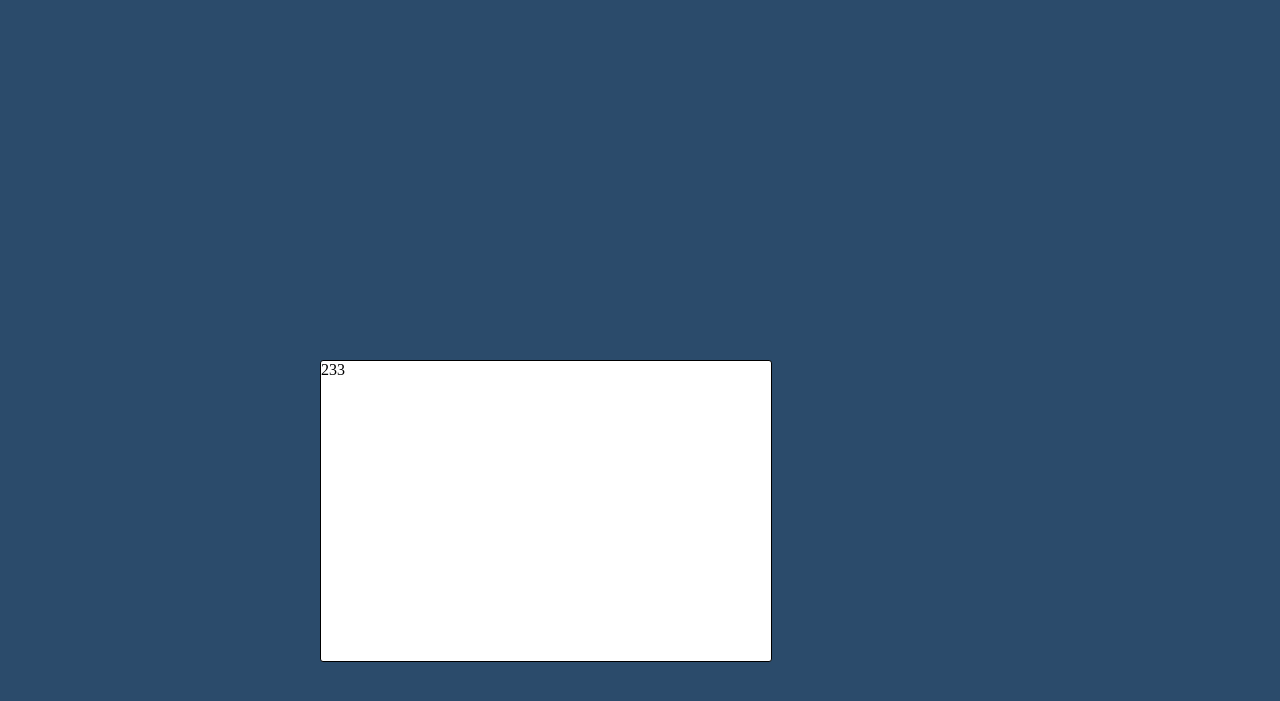
Repository: ShihaoHuang21/vue_shop
Page: /
An editor plug-in stored every save of this project. The page is shown before and after the next save, followed by the edit.
The browser window is 1280 px wide. The pictures show the whole page.
The project was rebuilt for these pictures with package versions that can differ from the ones it lists, and the page was loaded fresh each time.

Above is the page before, as saved 2020-12-01 21:55:39.

### src/main.js
import Vue from 'vue'
import App from './App.vue'
// 导入全局样式表
import './assets/css/global.css'
import './plugins/element.js'
import router from './router'
Vue.config.productionTip = false

new Vue({
  router,
  render: h => h(App)
}).$mount('#app')

### src/App.vue
<template>
  <div id="app">
    <router-view></router-view>
  </div>
</template>

<script>
export default {
  name: "app"
};
</script>

<style></style>

### src/assets/css/global.css
/* 全局样式 */
* {
  margin: 0px;
  padding: 0px;
}
html,
body,
#app {
  height: 100%;
  margin: 0px;
  padding: 0px;
}

### src/router/index.js
import Vue from 'vue'
import VueRouter from 'vue-router'
import Login from '../components/Login.vue'
Vue.use(VueRouter)

const routes = [
  {
    path: '/',
    redirect: '/login'
  },
  {
    path:'/login',
    component: Login
  }
]

const router = new VueRouter({
  routes
})

export default router

### src/components/Login.vue
<template>
  <div class="login_container">
    <div class="login_box">233</div>
  </div>
</template>

<script>
export default {
  name: "",
  components: {},
  data() {
    return {};
  }
};
</script>

<style scoped lang="less">
.login_container {
  background-color: #2b4b6b;
  // width: 100%;
  height: 100%;
}
.login_box {
  width: 450px;
  height: 300px;
  background-color: #fff;
  border: 1px #000 solid;
  border-radius: 3px;
  position: absolute;
  left: 25%;
  top: 50%;
}
</style>

Loaded but not shown: public/index.html (common file); src/plugins/element.js (common file)

After the next save:
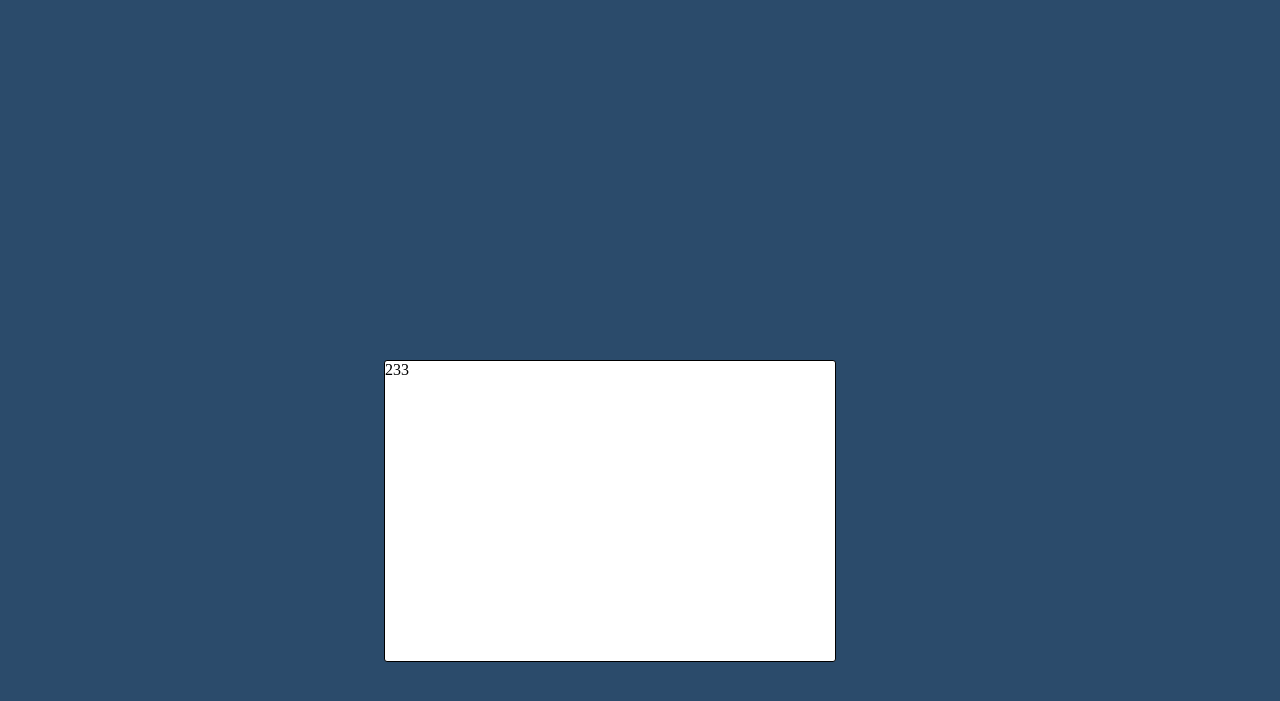
Saved 10 s later.
--- a/src/components/Login.vue
+++ b/src/components/Login.vue
@@ -27,7 +27,7 @@
   border: 1px #000 solid;
   border-radius: 3px;
   position: absolute;
-  left: 25%;
+  left: 30%;
   top: 50%;
 }
 </style>
